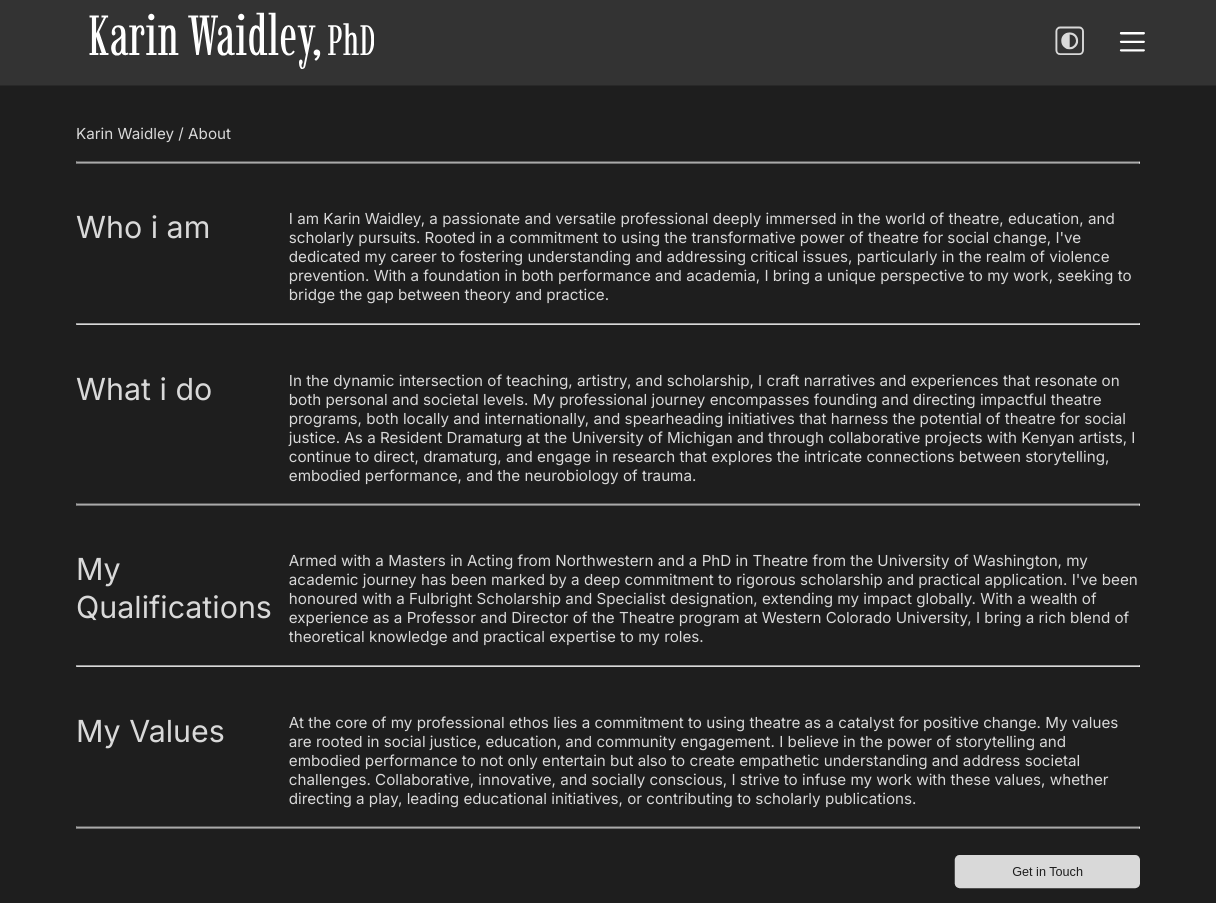
Repository: Ceasor7/Karin
Page: about.html
These files come from the project's save history. The page is drawn as it stood at one moment and after the next save; the edit follows.
The browser window is 1280 px wide. The pictures show the whole page, at 95% of full size.

Above is the page before, as saved 2023-12-15 21:21:56.

### about.html
<!DOCTYPE html>
<html lang="en">

<head>
    <meta charset="UTF-8">
    <meta name="viewport" content="width=device-width, initial-scale=1.0">
    <link rel="preconnect" href="https://fonts.googleapis.com">
    <link rel="preconnect" href="https://fonts.gstatic.com" crossorigin>
    <link href="https://fonts.googleapis.com/css2?family=Inter:wght@100;300;400;500;600;700;900&display=swap"
        rel="stylesheet">
    <link rel="stylesheet" href="stingo.css">
    <title>Karin Waidley,PhD | About</title>
    <style>
        ::-webkit-scrollbar {
            width: .8em;
            border-radius: .3rem;
            background-color: hsl(0, 0%, 65%);
        }

        ::-webkit-scrollbar-thumb {
            border-radius: .3rem;
            background-color: hsl(0, 0%, 55%);
        }

        ::-webkit-scrollbar-thumb:hover {
            background-color: hsl(0, 0%, 45%);
        }

        /* Global styles */
        body {
            font-family: 'Inter', sans-serif;
            background-color: var(--primary-color);
        }

        :root {
            --primary-color: #1E1E1E;
            --secondary-color: #D9D9D9;
        }

        .darkmode {
            --primary-color: #D9D9D9;
            --secondary-color: #1E1E1E;
        }

        /* about page */
        nav {
            float: left;
            width: 20%;
            font-size: 2em;
            color: var(--secondary-color);
        }

        article {
            float: left;
            width: 80%;
            margin-bottom: 20px;
            color: var(--secondary-color);
        }

        /* Clear floats after the columns */
        section::after {
            content: "";
            display: table;
            clear: both;
        }

        .about-button {
            margin-top: 20px;
            text-align: right;
            margin-bottom: 15px;
            margin-right: 80px;
        }

        .contact-button {
            padding: 10px;
            background-color: var(--secondary-color);
            color: var(--primary-color);
            padding-left: 60px;
            padding-right: 60px;
            border-radius: 5px;
            border: none;
            cursor: pointer;
        }

        .page-title {
            margin-bottom: 20px;
            color: var(--secondary-color);
        }

        /* about page */
        /* navbar */
        /* Resetting some default styles for better consistency */
        body,
        h1,
        h2,
        h3,
        p,
        ul,
        li {
            margin: 0;
            padding: 0;
            list-style: none;
        }

        /* Navbar styles */
        header {
            background-color: #333;
            color: white;
        }

        .navbar {
            display: flex;
            justify-content: space-between;
            align-items: center;
            padding: 7px;
            margin-left: 60px;
            margin-right: 60px;
        }

        .navbar-logo img {
            height: 72px;
            width: 300px;
            margin-left: 27px;
        }

        .navbar-icons {
            display: flex;
            gap: 10px;
        }

        .dark-mode-toggle {
            color: #D9D9D9;
            border: 2px solid currentColor;
            padding: 4px;
            background: transparent;
            cursor: pointer;
            border-radius: 5px;
            width: 30px;
            height: 30px;
        }

        .dark-mode-toggle,
        .svg-icon {
            margin-right: 20px;
        }

        /* Main content styles */
        section {
            margin-top: 40px;
            margin-left: 80px;
            margin-right: 80px;
        }

        /* navbar */
        /* sidebar menu */
        .sidebarmenu {
            background: transparent;
            border: none;
        }

        .sidebar {
            height: 100%;
            width: 0;
            position: fixed;
            right: 0;
            background-color: #333;
            overflow-x: hidden;
            transition: 0.5s;
            padding-top: 60px;
        }

        .sidebar a {
            padding: 8px 8px 8px 32px;
            text-decoration: none;
            font-size: 18px;
            color: white;
            display: block;
            transition: 0.3s;
        }

        .sidebar a:hover {
            color: #D9D9D9;
            padding: 16px;
        }

        .sidebar .closebtn {
            position: absolute;
            top: 0;
            right: 25px;
            font-size: 36px;
            margin-left: 50px;
        }

        #main {
            transition: margin-right .5s;
        }
    </style>
</head>

<body>
    <div id="mySidebar" class="sidebar">
        <a href="javascript:void(0)" class="closebtn" onclick="closeNav()">×</a>
        <a href="about.html">About</a>
        <a href="contact.html">Contact</a>
    </div>
    <header>
        <div class="navbar">
            <div class="navbar-logo">
                <img src="images/Karin.svg">
            </div>
            <div class="navbar-icons">
                <button id="dark-mode-toggle" class="dark-mode-toggle">
                    <svg width="100%" xmlns="http://www.w3.org/2000/svg" viewBox="0 0 496 496">
                        <path fill="currentColor"
                            d="M8,256C8,393,119,504,256,504S504,393,504,256,393,8,256,8,8,119,8,256ZM256,440V72a184,184,0,0,1,0,368Z"
                            transform="translate(-8 -8)" />
                    </svg>
                </button>
                <button class="sidebarmenu" onclick="openNav()">
                    <svg xmlns="http://www.w3.org/2000/svg" x="0px" y="0px" width="30" height="30" viewBox="0 0 50 50"
                        style="fill:#FFFFFF;">
                        <path
                            d="M 5 8 A 2.0002 2.0002 0 1 0 5 12 L 45 12 A 2.0002 2.0002 0 1 0 45 8 L 5 8 z M 5 23 A 2.0002 2.0002 0 1 0 5 27 L 45 27 A 2.0002 2.0002 0 1 0 45 23 L 5 23 z M 5 38 A 2.0002 2.0002 0 1 0 5 42 L 45 42 A 2.0002 2.0002 0 1 0 45 38 L 5 38 z">
                        </path>
                    </svg>
                </button>
            </div>
        </div>
    </header>
    <div id="main">
        <section>
            <p class="page-title">Karin Waidley / About</p>
            <hr>
        </section>

        <section>
            <nav>
                Who i am
            </nav>

            <article>
                I am Karin Waidley, a passionate and versatile professional deeply immersed in the world of theatre,
                education, and scholarly pursuits. Rooted in a commitment to using the transformative power of theatre
                for
                social change, I've dedicated my career to fostering understanding and addressing critical issues,
                particularly in the realm of violence prevention. With a foundation in both performance and academia, I
                bring a unique perspective to my work, seeking to bridge the gap between theory and practice.
            </article>
            <hr>
        </section>
        <section>
            <nav>
                What i do
            </nav>

            <article>
                In the dynamic intersection of teaching, artistry, and scholarship, I craft narratives and experiences
                that
                resonate on both personal and societal levels. My professional journey encompasses founding and
                directing
                impactful theatre programs, both locally and internationally, and spearheading initiatives that harness
                the
                potential of theatre for social justice. As a Resident Dramaturg at the University of Michigan and
                through
                collaborative projects with Kenyan artists, I continue to direct, dramaturg, and engage in research that
                explores the intricate connections between storytelling, embodied performance, and the neurobiology of
                trauma.
            </article>
            <hr>
        </section>
        <section>
            <nav>
                My Qualifications
            </nav>

            <article>
                Armed with a Masters in Acting from Northwestern and a PhD in Theatre from the University of Washington,
                my
                academic journey has been marked by a deep commitment to rigorous scholarship and practical application.
                I've been honoured with a Fulbright Scholarship and Specialist designation, extending my impact
                globally.
                With a wealth of experience as a Professor and Director of the Theatre program at Western Colorado
                University, I bring a rich blend of theoretical knowledge and practical expertise to my roles.
            </article>
            <hr>
        </section>

        <section>
            <nav>
                My Values
            </nav>

            <article>
                At the core of my professional ethos lies a commitment to using theatre as a catalyst for positive
                change.
                My values are rooted in social justice, education, and community engagement. I believe in the power of
                storytelling and embodied performance to not only entertain but also to create empathetic understanding
                and
                address societal challenges. Collaborative, innovative, and socially conscious, I strive to infuse my
                work
                with these values, whether directing a play, leading educational initiatives, or contributing to
                scholarly
                publications.
            </article>
            <hr>
        </section>
        <div class="about-button">
            <a href="contact.html">
                <button class="contact-button">Get in Touch</button>
            </a>

        </div>
    </div>
    <script>
        function openNav() {
            document.getElementById("mySidebar").style.width = "250px";
            document.getElementById("main").style.marginRight = "250px";
        }

        function closeNav() {
            document.getElementById("mySidebar").style.width = "0";
            document.getElementById("main").style.marginRight = "0";
        }
    </script>
    <script src="darkMode.js"></script>
</body>





</html>

### darkMode.js

let darkMode = localStorage.getItem('darkMode');

const darkModeToggle = document.querySelector('#dark-mode-toggle');

const enableDarkMode = () => {
  document.body.classList.add('darkmode');
  localStorage.setItem('darkMode', 'enabled');
}

const disableDarkMode = () => {

  document.body.classList.remove('darkmode');

  localStorage.setItem('darkMode', null);
}


if (darkMode === 'enabled') {
  enableDarkMode();
}

darkModeToggle.addEventListener('click', () => {

  darkMode = localStorage.getItem('darkMode');

  if (darkMode !== 'enabled') {
    enableDarkMode();
  } else {
    disableDarkMode();
  }
});

Loaded but not shown: stingo.css (no stored copy; drawn as an empty file)

After the next save:
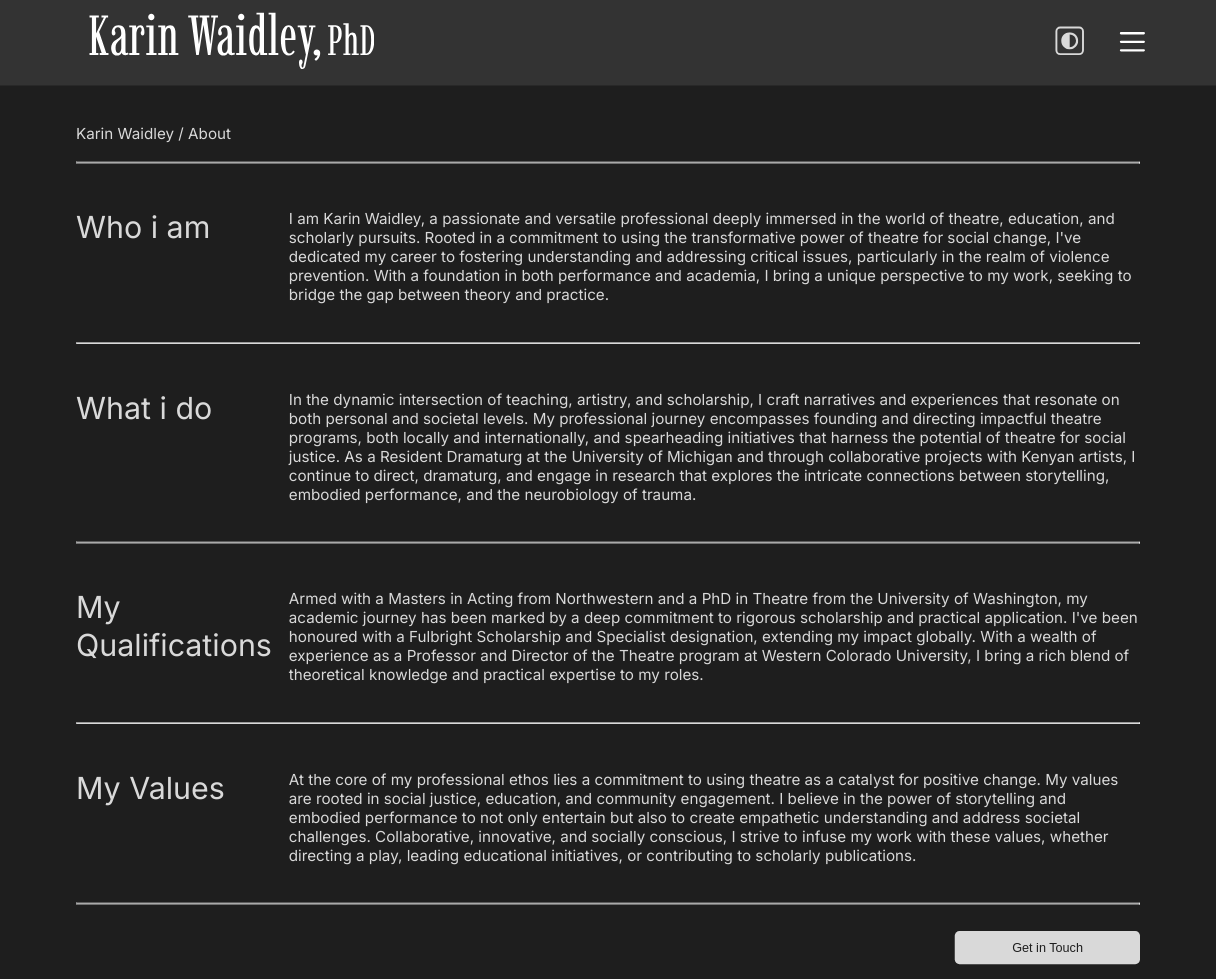
Saved 31 s later.
--- a/about.html
+++ b/about.html
@@ -53,7 +53,7 @@
         article {
             float: left;
             width: 80%;
-            margin-bottom: 20px;
+            margin-bottom: 40px;
             color: var(--secondary-color);
         }
 
